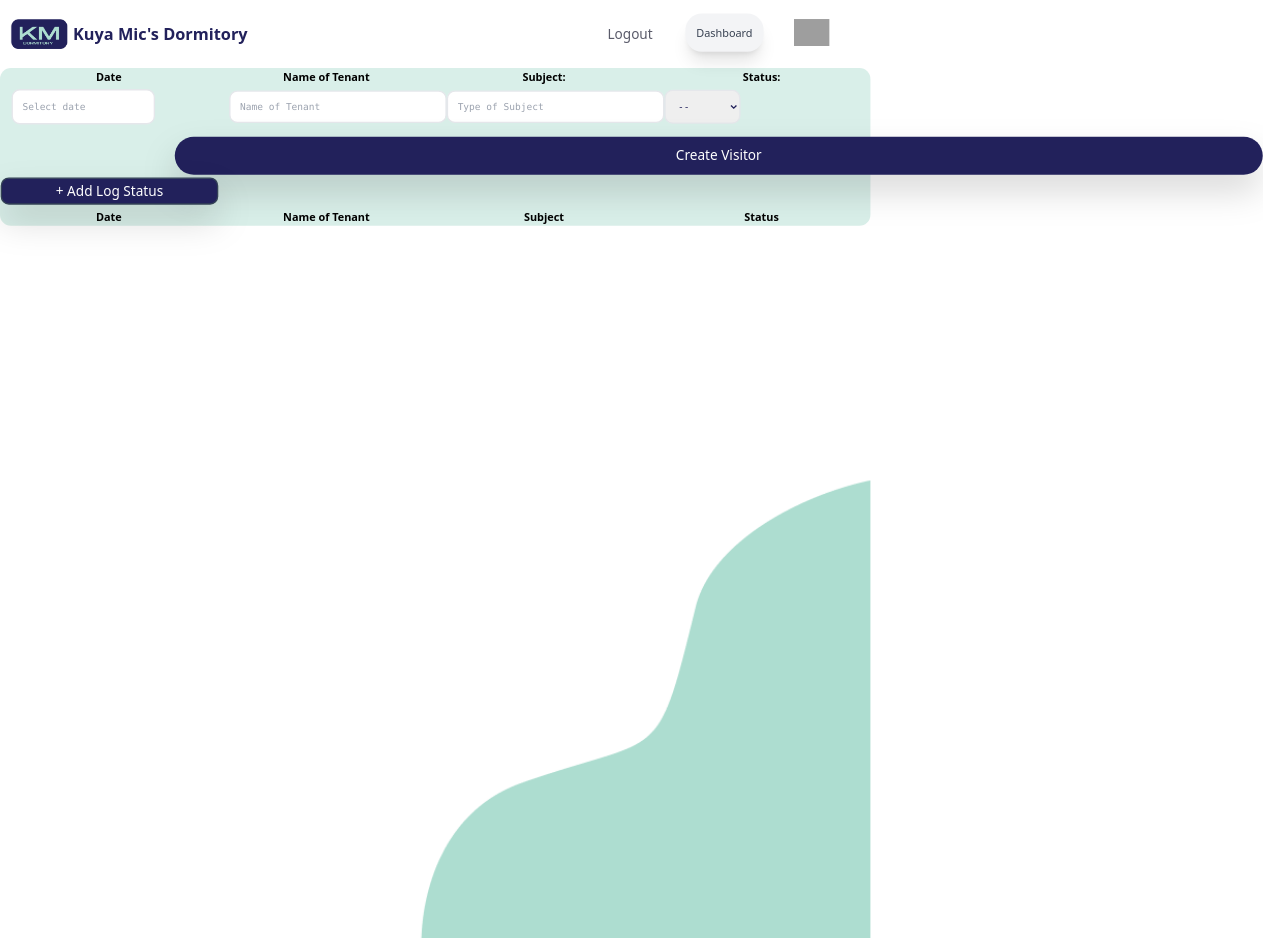
Repository: theamgri/Dormitory-Management-System
Page: logstatus.html
An editor plug-in stored every save of this project. The page is shown before and after a run of saves, followed by the edit.
The browser window is 1280 px wide. The page is 1857 px wide, then 1761 px, so the pictures cover 1857 px, including what lies to the right of the window. The pictures show the whole page, at 68% of full size.
Pictures or frames that could not be fetched are drawn as grey boxes. Some web libraries are served in a nearby version.

Above is the page before, as saved 2023-02-28 12:02:13.

### logstatus.html
<!DOCTYPE html>
<html lang="en">
<head>
    <script src="https://cdn.tailwindcss.com"></script>
    <script src="https://unpkg.com/flowbite@1.5.5/dist/datepicker.js"></script>
    <meta charset="UTF-8">
    <meta http-equiv="X-UA-Compatible" content="IE=edge">
    <meta name="viewport" content="width=device-width, initial-scale=1.0">
    <link rel="icon" type="image/x-icon" href="/assets/logo.png">
    <title>Tenant Log Status</title>


    <nav class="bg-white border-gray-200 px-2 lg:px-4 py-1 rounded dark:bg-gray-100">
        <div class="container flex flex-wrap items-center justify-between mx-auto">
          <a href="https://flowbite.com/" class="flex items-left">
              <img src="/assets/logo.png" class="h-11" alt="KM Logo" />
              <span class="self-center align-middle pl-2 text-2xl font-Montserrat font-bold whitespace-nowrap" style="color: #22215B">Kuya Mic's Dormitory </span>
          </a>

          <button data-collapse-toggle="navbar-default" type="button" class="inline-flex items-center p-2 ml-3 text-sm text-gray-500 rounded-lg md:hidden hover:bg-gray-100 focus:outline-none focus:ring-2 focus:ring-gray-200 dark:text-gray-400 dark:hover:bg-gray-700 dark:focus:ring-gray-600" aria-controls="navbar-default" aria-expanded="false">
          <svg class="w-6 h-6" aria-hidden="true" fill="currentColor" viewBox="0 0 20 20" xmlns="http://www.w3.org/2000/svg"><path fill-rule="evenodd" d="M3 5a1 1 0 011-1h12a1 1 0 110 2H4a1 1 0 01-1-1zM3 10a1 1 0 011-1h12a1 1 0 110 2H4a1 1 0 01-1-1zM3 15a1 1 0 011-1h12a1 1 0 110 2H4a1 1 0 01-1-1z" clip-rule="evenodd"></path></svg>
          </button>
          <div class="hidden w-full md:block md:w-auto" id="navbar-default">
            <ul class="flex flex-col p-4 mt-4 border border-gray-100 rounded-lg md:flex-row md:space-x-8 md:mt-0 md:text-sm md:font-medium md:border-0">
              <li>
                <a href="login.html" class="block bg-blue-700 font-Montserrat rounded text-xl md:bg-transparent md:text-blue-700 md:p-4" aria-current="page" style="color: #5A5B6A">Logout</a>
              </li>
              <li>
                <a href="home.html" class="block shadow-xl bg-gray-100 font-Montserrat rounded-3xl text-base md:text-gray-700 md:p-4" aria-current="page">Dashboard</a>
              </li>
              <li>
                <a href="#" class="block py-2 pl-3 pr-4" aria-current="page"><img src="https://icones.pro/wp-content/uploads/2021/02/icone-utilisateur-gris.png" class="h-1 mr-3 sm:h-10" alt="KM Logo" /></a>
              </li>
            </ul>
          </div>

        </div>
      </nav>
</head>
<body>
    <div class="w-full bg-cover bg-bottom" style="height: 80rem; background-image: url(/assets/background.png);">

        <table id="table" class="table-fixed w-full" style="background-color: #adddd075; border-radius: 1rem;">
            <thead>
              <tr class="text-center">
                <th>Date</th>
                <th>Name of Tenant</th>
                <th>Subject:</th>
                <th>Status:</th>
              </tr>
            </thead>

            <tbody>
              <tr class="text-center">
                <td><input id="date" datepicker type="text" class="block border-2  font-mono mt-1 ml-4 mb-4 p-3.5 bg-gray-10 text-gray-900 sm:text-sm rounded-xl dark:bg-gray-100 dark:placeholder-gray-400" placeholder="Select date" style="color: #22215B;";></td>
                <td><input id="name" type="text" style="height: 3rem; width:20rem;" placeholder="Name of Tenant" class="block border-2  font-mono mt-1 ml-4 mb-4 p-3.5 bg-gray-10 text-gray-900 sm:text-sm rounded-xl dark:bg-gray-100 dark:placeholder-gray-400"></td>
                <td><input id="subject" type="text" style="height: 3rem; width:20rem;" placeholder="Type of Subject" class="block border-2  font-mono mt-1 ml-4 mb-4 p-3.5 bg-gray-10 text-gray-900 sm:text-sm rounded-xl dark:bg-gray-100 dark:placeholder-gray-400"></td>
                <td><select id="status" class="block border-2  font-mono mt-1 ml-4 mb-4 p-3.5 bg-gray-10 text-gray-900 sm:text-sm rounded-xl dark:bg-gray-100 dark:placeholder-gray-400" style="color: #22215B;">
                    <option>--</option>
                    <option>Log in</option>
                    <option>Log out</option>
                </select></td>
            </tr>

            </tbody>
            <thead>
              <tr>
                <th>
                  <button onclick="addRow()" type="submit" class="drop-shadow-2xl mt-0 text-xl text-white bg-primary-600 focus:ring-4 focus:outline-none focus:ring-primary-300 font-medium rounded-full text-md px-10 py-2.5 sm:text-center " style="margin-left: 16rem; background-color:#22215B; height: 3.5rem; width: 100rem;">Create Visitor</button>
                  <button onclick="addRow()" type="submit" class="border-2 border-slate-700 drop-shadow-2xl mt-1 mb-1 text-xl text-white bg-primary-600 font-medium rounded-xl text-md px-10 py-0 sm:text-center" style="background-color:#22215B; height: 2.5rem; width: 20rem;">+ Add Log Status</button>
                </th>
              </tr>
                <tr>
                    <th>Date</th>
                    <th>Name of Tenant</th>
                    <th>Subject</th>
                    <th>Status</th>

                </tr>

            </thead>
            <tbody>
              <tr>

              </tr>
              <script>
                  //function para maka add ng row inside table
              function addRow() {
                var tableRow = document.getElementById("table");
                var info1 = document.getElementById("date").value; //para sa date
                var info2 = document.getElementById("name").value; //para sa name
                var info3 = document.getElementById("subject").value; //para sa subject
                var info4 = document.getElementById("status").value; //para sa value
                var row = document.createElement("tr");
                var cell1 = document.createElement("td");
                var cell2 = document.createElement("td");
                var cell3 = document.createElement("td");
                var cell4 = document.createElement("td");
                 cell1.innerHTML = info1;
                 cell2.innerHTML = info2;
                 cell3.innerHTML = info3;
                 cell4.innerHTML = info4;


                 row.appendChild(cell1);
                 row.appendChild(cell2);
                 row.appendChild(cell3);
                 row.appendChild(cell4);
                 tableRow.appendChild(row);
                }


                </script>

            </tbody>
          </table>



          </div>
</body>
</html>

After the next 2 saves:
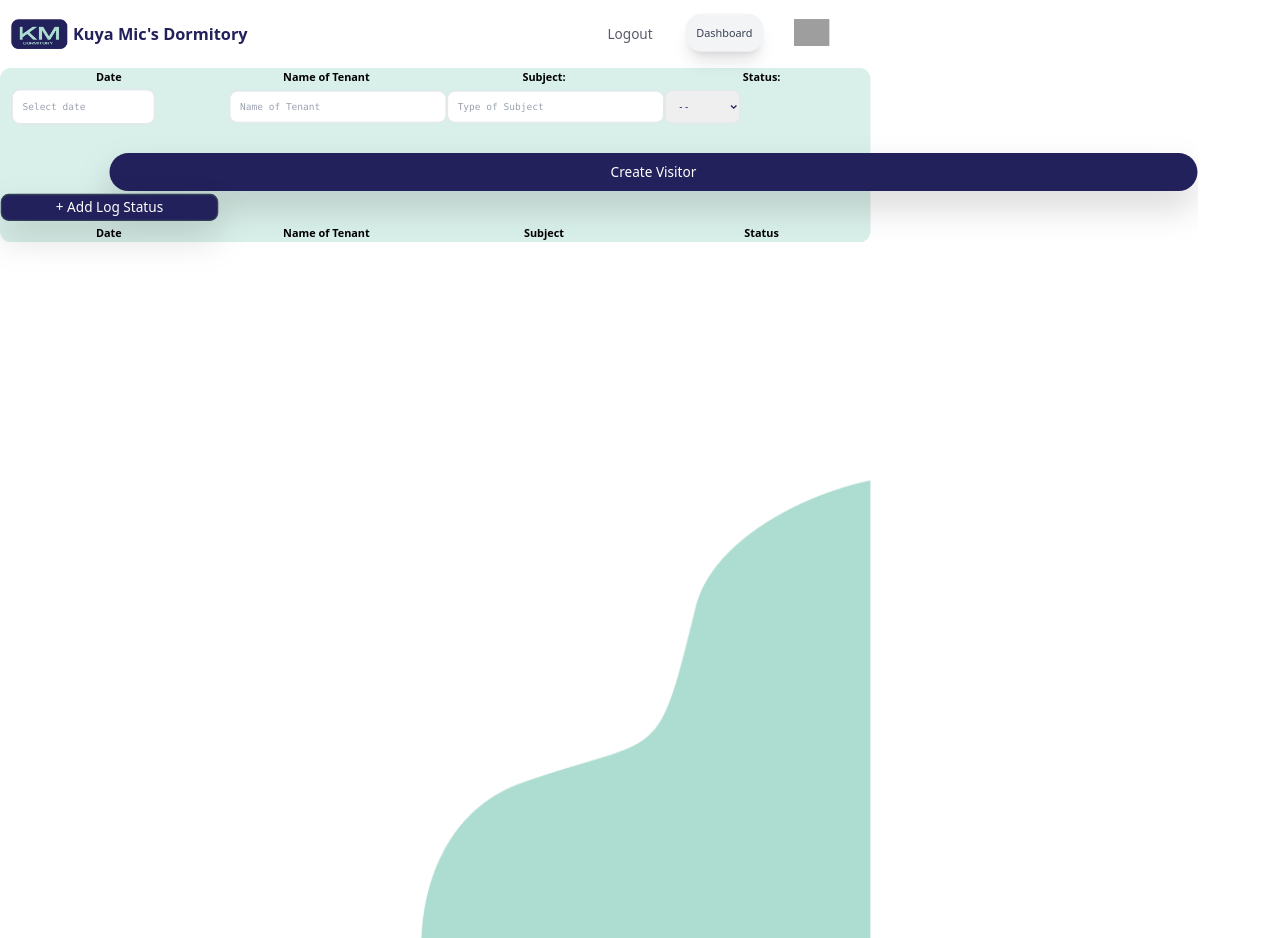
The 2 saves are shown as one change because they came seconds apart.
The last was saved 56 s later.
--- a/logstatus.html
+++ b/logstatus.html
@@ -66,7 +66,7 @@
             <thead>
               <tr>
                 <th>
-                  <button onclick="addRow()" type="submit" class="drop-shadow-2xl mt-0 text-xl text-white bg-primary-600 focus:ring-4 focus:outline-none focus:ring-primary-300 font-medium rounded-full text-md px-10 py-2.5 sm:text-center " style="margin-left: 16rem; background-color:#22215B; height: 3.5rem; width: 100rem;">Create Visitor</button>
+                  <button onclick="addRow()" type="submit" class="drop-shadow-2xl mt-6 text-xl text-white bg-primary-600 focus:ring-4 focus:outline-none focus:ring-primary-300 font-medium rounded-full text-md px-10 py-2.5 sm:text-center " style="margin-left: 10rem; background-color:#22215B; height: 3.5rem; width: 100rem;">Create Visitor</button>
                   <button onclick="addRow()" type="submit" class="border-2 border-slate-700 drop-shadow-2xl mt-1 mb-1 text-xl text-white bg-primary-600 font-medium rounded-xl text-md px-10 py-0 sm:text-center" style="background-color:#22215B; height: 2.5rem; width: 20rem;">+ Add Log Status</button>
                 </th>
               </tr>
